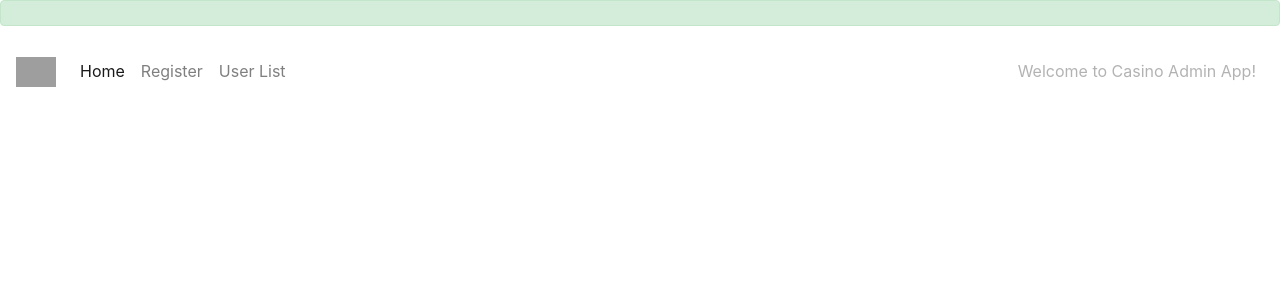
Repository: piyushrulesyou/CasinoGameApplication
Page: http://localhost/adminPanel/
The author's editor kept a copy of each file at every save. The page is drawn from the files as they stood at one save, then again after the next save.
The browser window is 1280 px wide. The pictures show the whole page.
Pictures or frames that could not be fetched are drawn as grey boxes. The page is served by Tomcat 9. Nobody is signed in. The application's start-up code is not run. Other server files are loaded and not shown.

Above is the page before, as saved 2019-10-31 10:54:13.

### AdminPanel/adminPanel/src/main/webapp/index.jsp
<%@ taglib uri="http://java.sun.com/jsp/jstl/core" prefix="c" %>
<%@ page language="java" contentType="text/html; charset=ISO-8859-1"
	pageEncoding="ISO-8859-1" isELIgnored="false"%>
<!DOCTYPE html>
<html>
<head>
<title>Admin HomePage</title>
<meta charset="utf-8">

<meta name="viewport" content="width=device-width, initial-scale=1">


<link rel="stylesheet"
	href="https://maxcdn.bootstrapcdn.com/bootstrap/4.3.1/css/bootstrap.min.css">
<script
	src="https://ajax.googleapis.com/ajax/libs/jquery/3.4.1/jquery.min.js"></script>
<script
	src="https://cdnjs.cloudflare.com/ajax/libs/popper.js/1.14.7/umd/popper.min.js"></script>
<script
	src="https://maxcdn.bootstrapcdn.com/bootstrap/4.3.1/js/bootstrap.min.js"></script>
</head>
<body>
	<!-- 	background="https://images.fineartamerica.com/images/artworkimages/mediumlarge/2/collection-of-las-vegas-casino-chips-1-aloha-art.jpg"> -->


	<c:if test="${successMessage} != null">

	</c:if>

	<div class="alert alert-success">
		${successMessage}
	</div>

	<!-- 	<nav class="navbar navbar-expand-sm bg-dark navbar-dark"> -->
	<nav class="navbar navbar-expand-sm navbar-light bg-faded">
		<a class="navbar-brand" href="#"> <img
			src="https://www.slotnite.com/images/sliders/livecasino/casino1.png"
			alt="logo" style="width: 40px;">
		</a>

		<!-- Links -->
		<ul class="navbar-nav mr-auto">
			<li class="nav-item"><a class="nav-link active" href="#">Home</a></li>
			<li class="nav-item"><a class="nav-link" href="RegisterUser.jsp">Register</a></li>
			<li class="nav-item"><a class="nav-link" href="#">User List</a></li>
		</ul>
		<ul class="navbar-nav">
			<li class="nav-item"><span class="nav-link disabled">Welcome
					to Casino Admin App!</span></li>
		</ul>
	</nav>



</body>
</html>

After the next save:
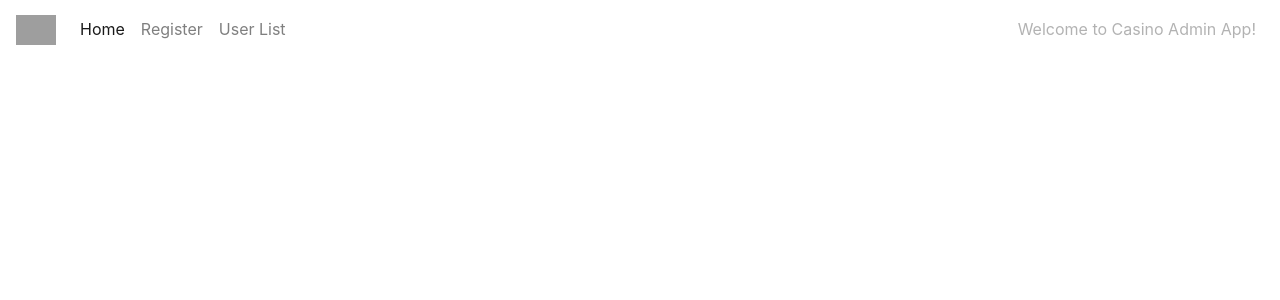
Saved 12 s later.
--- a/AdminPanel/adminPanel/src/main/webapp/index.jsp
+++ b/AdminPanel/adminPanel/src/main/webapp/index.jsp
@@ -1,4 +1,4 @@
-<%@ taglib uri="http://java.sun.com/jsp/jstl/core" prefix="c" %>
+<%@ taglib uri="http://java.sun.com/jsp/jstl/core" prefix="c"%>
 <%@ page language="java" contentType="text/html; charset=ISO-8859-1"
 	pageEncoding="ISO-8859-1" isELIgnored="false"%>
 <!DOCTYPE html>
@@ -24,12 +24,9 @@
 
 
 	<c:if test="${successMessage} != null">
-
+		<div class="alert alert-success">${successMessage}</div>
 	</c:if>
 
-	<div class="alert alert-success">
-		${successMessage}
-	</div>
 
 	<!-- 	<nav class="navbar navbar-expand-sm bg-dark navbar-dark"> -->
 	<nav class="navbar navbar-expand-sm navbar-light bg-faded">
